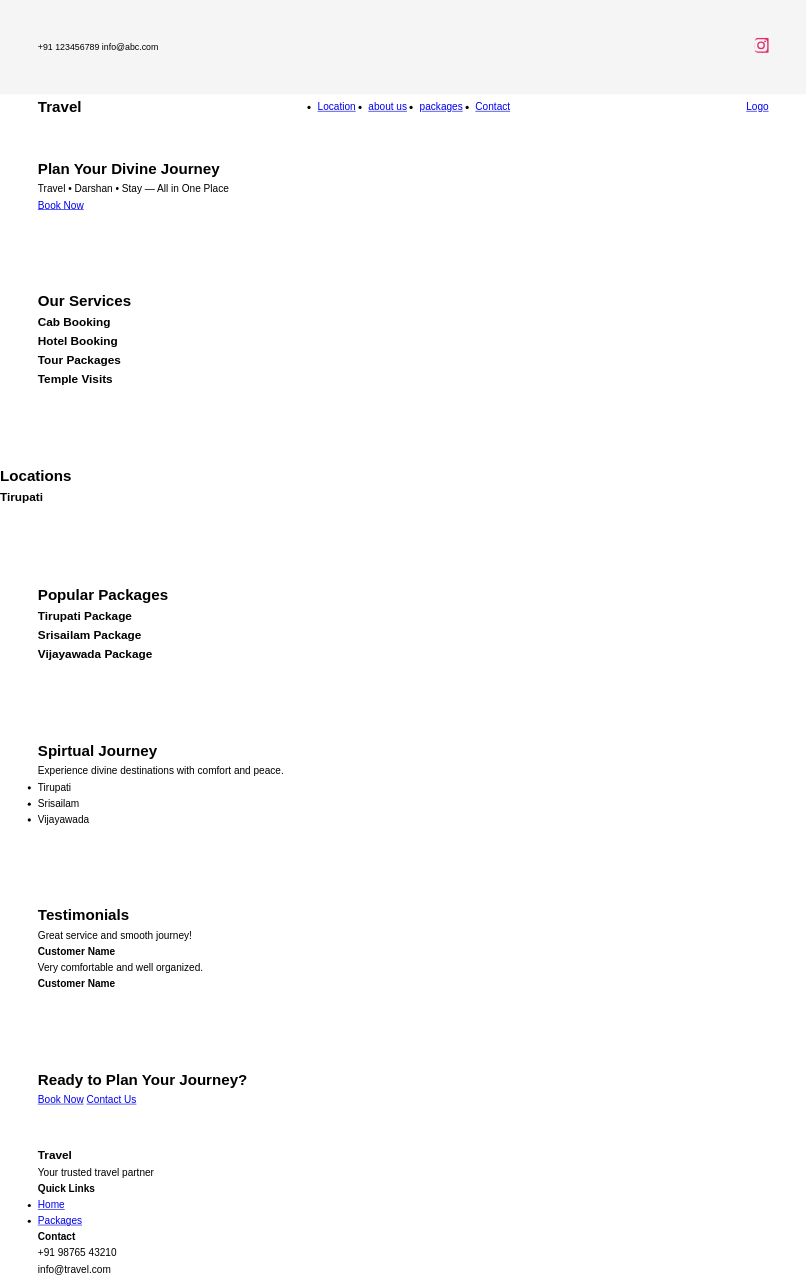
Repository: heytirupati/Bookingweb
Page: index.html
An editor plug-in stored every save of this project. The page is shown before and after the next save, followed by the edit.
The browser window is 1280 px wide. The pictures show the whole page, at 63% of full size.

Above is the page before, as saved 2026-03-27 11:43:22.

### index.html
<!DOCTYPE html>

<html lang="en">


    <link rel="stylesheet" href="css/style.css">
<head>
    <meta charset="UTF-8">
    <meta name="viewport" content="width=device-width, initial-scale=1.0">
    <title> Travel Website</title>
</head>
<body>


<!-- this is top bar section  -->
    <section class="top-bar">
        <div class="container">
            <div class="top-left">
                <span> +91 123456789</span>
                <span>info@abc.com</span>
            </div>
            <div class="top-right"></div>
            <a href="instalink here" target="blank">
                <svg xmlns="http://www.w3.org/2000/svg" width="24" height="24" fill="#E1306C" viewBox="0 0 24 24">
                    <path d="M12 2.163c3.204 0 3.584.012 4.849.07 1.366.062 2.633.34 3.608 1.316.975.975 1.254 2.242 1.316 3.608.058 1.265.069 1.645.069 4.849s-.012 3.584-.07 4.849c-.062 1.366-.34 2.633-1.316 3.608-.975.975-2.242 1.254-3.608 1.316-1.265.058-1.645.069-4.849.069s-3.584-.012-4.849-.07c-1.366-.062-2.633-.34-3.608-1.316-.975-.975-1.254-2.242-1.316-3.608C2.175 15.584 2.163 15.204 2.163 12s.012-3.584.07-4.849c.062-1.366.34-2.633 1.316-3.608C4.524 2.573 5.791 2.294 7.157 2.232 8.422 2.175 8.802 2.163 12 2.163zm0-2.163C8.741 0 8.332.013 7.052.072 5.78.131 4.658.414 3.732 1.34 2.806 2.266 2.523 3.388 2.464 4.66 2.405 5.941 2.392 6.35 2.392 12c0 5.65.013 6.059.072 7.34.059 1.272.342 2.394 1.268 3.32.926.926 2.048 1.209 3.32 1.268 1.281.059 1.69.072 7.34.072s6.059-.013 7.34-.072c1.272-.059 2.394-.342 3.32-1.268.926-.926 1.209-2.048 1.268-3.32.059-1.281.072-1.69.072-7.34s-.013-6.059-.072-7.34c-.059-1.272-.342-2.394-1.268-3.32-.926-.926-2.048-1.209-3.32-1.268C18.059.013 17.65 0 12 0z"/>
                    <path d="M12 5.838a6.162 6.162 0 1 0 0 12.324 6.162 6.162 0 0 0 0-12.324zm0 10.162a3.999 3.999 0 1 1 0-7.998 3.999 3.999 0 0 1 0 7.998z"/>
                    <circle cx="18.406" cy="5.594" r="1.44"/>

                </svg>
            </a>

        </div>

    </section>



    <!-- this is nav section  -->

    <header class="navbar">
        <div class="container">
            <div class="logo">
                <h2>Travel</h2>
            </div>

            <nav class="nav-menu">
                <ul>
                    <li><a href="#">Location</a></li>
                    <li><a href="#">about us</a></li>
                    <li><a href="#">packages</a></li>
                    <li><a href="#">Contact</a></li>

                </ul>

            </nav>
            <div class="top-left">
                <a href="#">Logo</a>

            </div>

        </div>

    </header>

    <section class="hero">
        <div class="container">
            <h1>Plan Your Divine Journey</h1>
            <p>Travel • Darshan • Stay — All in One Place</p>
            <div class="nav-btn">
                <a href="#">Book Now</a>
            </div>
        </div>
    </section>

    <section>
        <div class="services">
            <div class="container">
                <h2>Our Services</h2>
                <div class="service-cards">
                     <div class="card">
                    <h3>Cab Booking</h3>
                </div>

                <div class="card">
                    <h3>Hotel Booking</h3>
                </div>

                <div class="card">
                    <h3>Tour Packages</h3>
                </div>

                <div class="card">
                    <h3>Temple Visits</h3>
                </div>

            </div>

        </div>
    </section>


<!-- this is Location section  -->

<section class="locations">
    <h2>Locations</h2>
            <div class="location-card">
                <h3>Tirupati</h3>
            </div>
    </div>
</section>


<!-- this is popular package section  -->
<section class="packages">
        <div class="container">
            <h2>Popular Packages</h2>
            <div class="package-cards">

                <div class="card">
                    <h3>Tirupati Package</h3>
                </div>

                <div class="card">
                    <h3>Srisailam Package</h3>
                </div>

                <div class="card">
                    <h3>Vijayawada Package</h3>
                </div>

            </div>
        </div>
    </section>
<!-- this is Spirtual Journey section  -->
    <section class="spiritual">
        <div class="container">
            <div class="spiritual-content">
                <h2>Spirtual Journey</h2>
                <p>
                    Experience divine destinations with comfort and peace.
                </p>
                <ul>
                    <li>Tirupati</li>
                    <li>Srisailam</li>
                    <li>Vijayawada</li>
                </ul>

            </div>
            <div class="spiritual-image">
                <!-- Image goes here -->
            </div>
        </div>

    </section>
<!-- 8. Testimonials -->
    <section class="testimonials">
        <div class="container">
            <h2>Testimonials</h2>
            <div class="testimonial-cards">

                <div class="card">
                    <p>Great service and smooth journey!</p>
                    <h4>Customer Name</h4>
                </div>

                <div class="card">
                    <p>Very comfortable and well organized.</p>
                    <h4>Customer Name</h4>
                </div>

            </div>
        </div>
    </section>

    <!-- 9. CTA Section -->
    <section class="cta">
        <div class="container">
            <h2>Ready to Plan Your Journey?</h2>
            <a href="#">Book Now</a>
            <a href="#">Contact Us</a>
        </div>
    </section>

    <!-- 10. Footer -->
    <footer class="footer">
        <div class="container">

            <div class="footer-col">
                <h3>Travel</h3>
                <p>Your trusted travel partner</p>
            </div>

            <div class="footer-col">
                <h4>Quick Links</h4>
                <ul>
                    <li><a href="#">Home</a></li>
                    <li><a href="#">Packages</a></li>
                </ul>
            </div>

            <div class="footer-col">
                <h4>Contact</h4>
                <p>+91 98765 43210</p>
                <p>info@travel.com</p>
            </div>

        </div>
    </footer>











</body>
</html>

### css/style.css
* {
    margin: 0;
    padding: 0;
    box-sizing:border-box ;

}

body{
    font-family: Arial,sans-serif;
    line-height: 1.6;
}

.container{
    max-width: 1200px;
    margin: auto;
    padding: 0 20px;
}

section{
    padding: 60px 0;
}

.flex{
    display: flex;
    justify-content: space-between;
    align-items: center;
}

.top-bar{
    background-color : #f5f5f5 ;
    font-size: 14px;
}

.top-bar .container{
    display: flex;
    justify-content: space-between;
    align-items: center;
}

.navbar{
    background-color: #fff;

}

.navbar .container{
    display: flex;
    justify-content: space-between;
    align-items: center;
}
.nav-menu ul{
    display: flex;
    justify-content: space-between;
    gap: 20px;
}

.hero{
    height: 80;
}

After the next save:
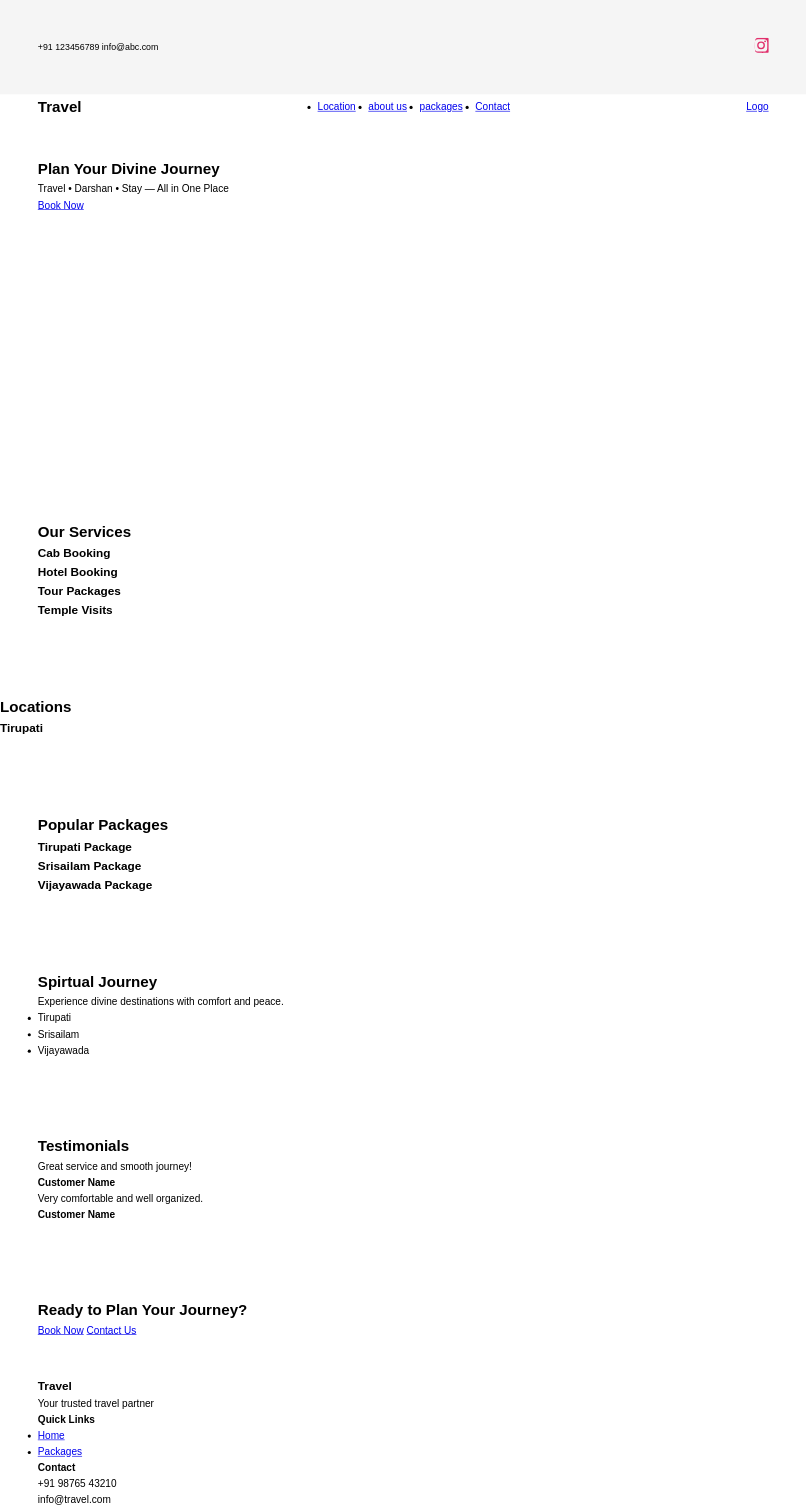
Saved 4 s later.
--- a/css/style.css
+++ b/css/style.css
@@ -54,5 +54,6 @@ section{
 }
 
 .hero{
-    height: 80;
+    height: 80vh;
+
 }
